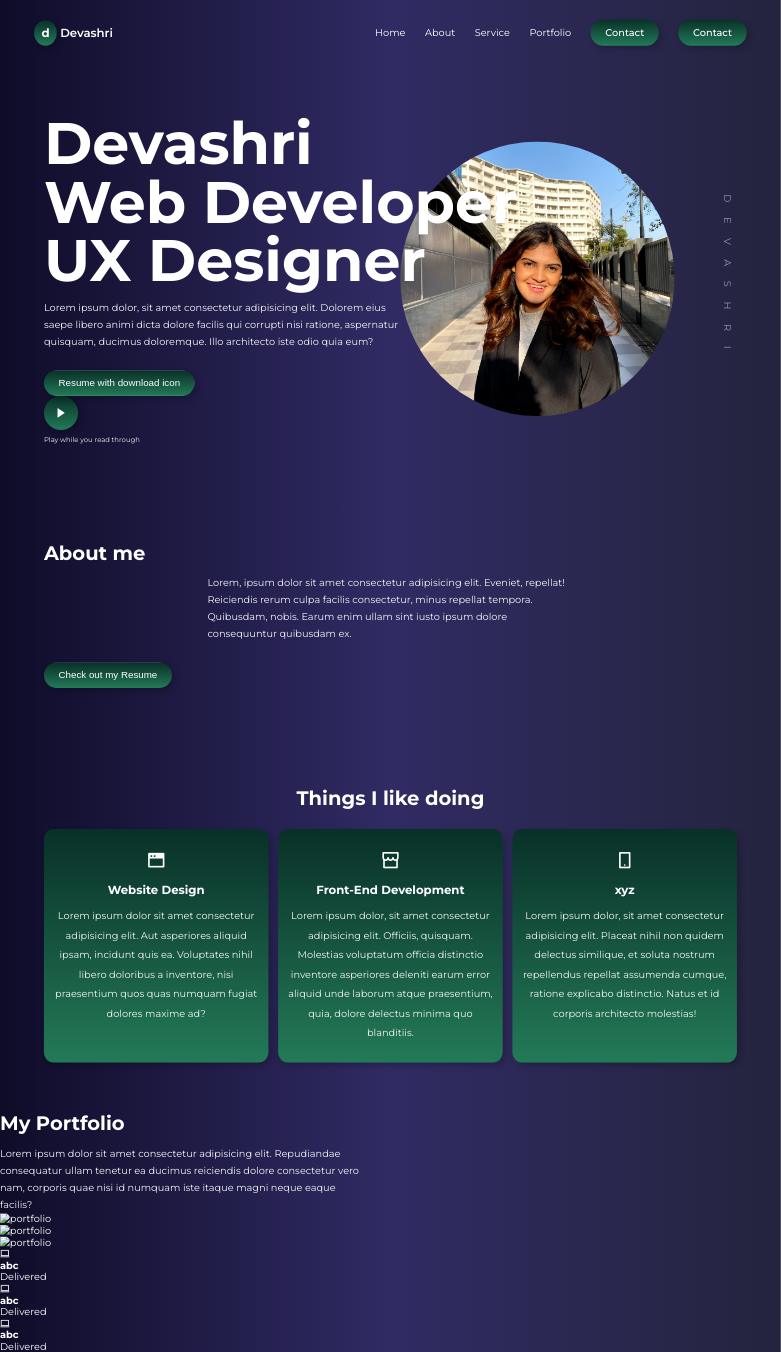
Repository: devashrisamani/devashrisamani.github.io
Page: index.html
The author's editor kept a copy of each file at every save. The page is drawn from the files as they stood at one save, then again after the next save.
The browser window is 1280 px wide. The pictures show the whole page, at 61% of full size.

Above is the page before, as saved 2025-09-24 22:10:38.

### index.html
<!DOCTYPE html>
<html lang="en">
  <head>
    <meta charset="UTF-8" />
    <meta http-equiv="X-UA-Compatible" content="IE=edge" />
    <meta name="viewport" content="width=device-width, initial-scale=1.0" />
    <title>Dev's portfolio</title>
    <link rel="preconnect" href="https://fonts.googleapis.com" />
    <link rel="preconnect" href="https://fonts.gstatic.com" crossorigin />
    <link
      href="https://fonts.googleapis.com/css2?family=Inter:ital,opsz,wght@0,14..32,100..900;1,14..32,100..900&family=Lora:ital,wght@0,400..700;1,400..700&family=Montserrat:ital,wght@0,100..900;1,100..900&family=Sacramento&display=swap"
      rel="stylesheet"
    />
    <link
      href="https://cdn.jsdelivr.net/npm/remixicon@3.5.0/fonts/remixicon.css"
      rel="stylesheet"
    />
    <link rel="stylesheet" href="/css/styles.css" />
  </head>
  <body>
    <nav>
      <div class="nav__bar">
        <a href="#"><span class="logo nav__logo">d</span> Devashri</a>
        <div class="nav__menu__btn" id="menu-btn">
          <!-- Icons from remix icon -->
          <i class="ri-menu-3-line"></i>
        </div>
      </div>
      <ul class="nav__links" id="nav-links">
        <li><a href="#home">Home</a></li>
        <li><a href="#about">About</a></li>
        <li><a href="#service">Service</a></li>
        <li><a href="#portfolio">Portfolio</a></li>
        <li><a href="#contact" class="btn">Contact</a></li>
        <a href="#contact" class="btn btn__large">Contact</a>
      </ul>
    </nav>
    <header class="section__container header__container" id="home">
      <div class="header__image">
        <img src="images/DevashriSamani.jpg" alt="profile" />
      </div>
      <div class="header__content">
        <div>
          <h1>
            Devashri <br />
            Web Developer <br />
            UX Designer
          </h1>
        </div>
        <p class="section__description">
          Lorem ipsum dolor, sit amet consectetur adipisicing elit. Dolorem eius
          saepe libero animi dicta dolore facilis qui corrupti nisi ratione,
          aspernatur quisquam, ducimus doloremque. Illo architecto iste odio
          quia eum?
        </p>
        <div class="header__btn">
          <button class="btn">Resume with download icon</button>
        </div>
        <div class="header__btn">
          <!-- Play button with icon -->
          <button class="btn play-btn" id="play-btn">
            <i class="ri-play-fill"></i>
          </button>
          <!-- Audio element (hidden controls) -->
          <audio id="bg-music" loop>
            <source src="audio/Cosy Beats.mp3" type="audio/mpeg" />
            Your browser does not support the audio element.
          </audio>
        </div>
        <p class="play-text">Play while you read through</p>
      </div>
    </header>

    <section class="section__container about__container" id="about">
      <div class="about__image"></div>
      <div class="about__content">
        <h2 class="section__header">About me</h2>
        <p class="section__description">
          Lorem, ipsum dolor sit amet consectetur adipisicing elit. Eveniet,
          repellat! Reiciendis rerum culpa facilis consectetur, minus repellat
          tempora. Quibusdam, nobis. Earum enim ullam sint iusto ipsum dolore
          consequuntur quibusdam ex.
        </p>
        <div class="about__btn">
          <button class="btn">Check out my Resume</button>
        </div>
      </div>
    </section>

    <section class="section__container service__container" id="service">
      <h2 class="section__header">Things I like doing</h2>
      <div class="service__grid">
        <div class="service__card">
          <span><i class="ri-window-fill"></i></span>
          <h4>Website Design</h4>
          <p>
            Lorem ipsum dolor sit amet consectetur adipisicing elit. Aut
            asperiores aliquid ipsam, incidunt quis ea. Voluptates nihil libero
            doloribus a inventore, nisi praesentium quos quas numquam fugiat
            dolores maxime ad?
          </p>
        </div>
        <div class="service__card">
          <span><i class="ri-store-line"></i></span>
          <h4>Front-End Development</h4>
          <p>
            Lorem ipsum dolor, sit amet consectetur adipisicing elit. Officiis,
            quisquam. Molestias voluptatum officia distinctio inventore
            asperiores deleniti earum error aliquid unde laborum atque
            praesentium, quia, dolore delectus minima quo blanditiis.
          </p>
        </div>
        <div class="service__card">
          <span><i class="ri-smartphone-line"></i></span>
          <h4>xyz</h4>
          <p>
            Lorem ipsum dolor, sit amet consectetur adipisicing elit. Placeat
            nihil non quidem delectus similique, et soluta nostrum repellendus
            repellat assumenda cumque, ratione explicabo distinctio. Natus et id
            corporis architecto molestias!
          </p>
        </div>
      </div>
    </section>

    <!-- Portfolio Container -->
    <section class="seciton__container portfolio__container" id="portfolio">
      <h2 class="section__header">My Portfolio</h2>
      <p class="section__description">
        Lorem ipsum dolor sit amet consectetur adipisicing elit. Repudiandae
        consequatur ullam tenetur ea ducimus reiciendis dolore consectetur vero
        nam, corporis quae nisi id numquam iste itaque magni neque eaque
        facilis?
      </p>
      <div class="portfolio_grid">
        <div class="portfolio__card">
          <img src="#" alt="portfolio" />
        </div>
        <div class="portfolio__card">
          <img src="#" alt="portfolio" />
        </div>
        <div class="portfolio__card">
          <img src="#" alt="portfolio" />
        </div>
      </div>
      <div class="portfolio__banner">
        <div class="portfolio__banner__card">
          <span><i class="ri-macbook-line"></i></span>
          <h4>abc</h4>
          <p>Delivered</p>
        </div>
        <div class="portfolio__banner__card">
          <span><i class="ri-macbook-line"></i></span>
          <h4>abc</h4>
          <p>Delivered</p>
        </div>
        <div class="portfolio__banner__card">
          <span><i class="ri-macbook-line"></i></span>
          <h4>abc</h4>
          <p>Delivered</p>
        </div>
      </div>
    </section>
    <!-- Contact Section -->
    <script src="js/script.js"></script>
  </body>
</html>

### css/styles.css
/* Font Variables */
:root {
  --font-sacramento: "Sacramento", cursive;
  --font-lora: "Lora", serif;
  --font-inter: "Inter", serif;
  --font-montserrat: "Montserrat", sans-serif;
}

/* Color Variables */

:root {
  --primary-color: #093028;
  --secondary-color: #237a57;
  --extra-light: #f3f4f6;
  --white: #ffffff;
  --gradient-1: linear-gradient(to right, #0f0c29, #302b63, #24243e);
  --gradient-2: linear-gradient(
    to bottom,
    var(--primary-color),
    var(--secondary-color)
  );
  --max-width: 1200px;
}

* {
  padding: 0;
  margin: 0;
  box-sizing: border-box;
}

html,
body {
  scroll-behavior: smooth;
}

body {
  font-family: "Montserrat", sans-serif;
  color: var(--white);
  background-image: var(--gradient-1);
}

.section__container {
  max-width: var(--max-width);
  margin: auto;
  padding: 5rem 2rem;
}

.section__header {
  margin-bottom: 1rem;
  font-size: 2rem;
  font-weight: 700;
  text-align: center;
}

.btn {
  padding: 0.75rem 1.5rem;
  font-size: 1rem;
  font-weight: 500;
  color: var(--white);
  background-image: var(--gradient-2);
  outline: none;
  border: none;
  border-radius: 5rem;
  cursor: pointer;
  box-shadow: 5px 5px 10px rgba(0, 0, 0, 0.2);
}

/* Navbar - Change the logo later */
.logo {
  display: inline-block;
  padding: 10px 14px;
  font-size: 1.5rem;
  font-weight: 700;
  color: var(--white);
  background-image: var(--gradient-2);
  border-radius: 100%;
  box-shadow: 5px 5px 10px rgba(0, 0, 0, 0.2);
}

nav {
  position: fixed;
  isolation: isolate;
  top: 0;
  width: 100%;
  max-width: var(--max-width);
  margin: auto;
  z-index: 9;
}

.nav__bar {
  padding: 1rem;
  display: flex;
  align-items: center;
  justify-content: space-between;
  gap: 2rem;
  background-image: var(--gradient-1);
}

.nav__logo {
  padding: 9px 12px;
  font-size: 1.2rem;
}

.nav__bar a {
  font-size: 1.2rem;
  font-weight: 600;
  color: var(--white);
}

.nav__menu__btn {
  font-size: 1.5rem;
  color: var(--white);
  cursor: pointer;
}

.nav__links {
  list-style: none;
  position: absolute;
  width: 100%;
  padding: 2rem;
  display: flex;
  flex-direction: column;
  align-items: center;
  gap: 2rem;
  background-image: var(--gradient-2);
  transform: translateY(-100%);
  transition: 0.5s;
  z-index: -1;
}

.nav__links.open {
  transform: translateY(0);
}

.nav__links a {
  color: var(--white);
  transition: 0.3s;
}

.nav__links a:hover {
  color: var(--white);
}

.btn__large {
  display: none;
}

/* Header Container */

.header__container {
  padding-top: 8rem;
  display: grid;
  gap: 2rem;
  isolation: isolate;
}

.header__content {
  text-align: center;
}

.header__content h1 {
  margin-bottom: 1rem;
  font-size: 3rem;
  text-align: center;
}
.header__content .section__description {
  margin-bottom: 2rem;
}
/* Header Image */

.header__image {
  position: relative;
  isolation: isolate;
  z-index: -1;
}

.header__image img {
  max-width: 450px;
  margin-inline: auto;
  border-radius: 25rem;
}

.header__image::after {
  position: absolute;
  content: "DEVASHRI";
  letter-spacing: 1.5rem;
  opacity: 0.5;
  right: 1rem;
  top: 50%;
  transform: translate(50%, -50%) rotate(90deg);
}

/* Play button */

.play-btn {
  display: flex;
  align-items: center;
  justify-content: center;
  padding: 0.75rem;
  border-radius: 50%;
  width: 3.5rem;
  height: 3.5rem;
  font-size: 1.5rem;
}

/* Play message */
.play-text {
  font-size: 0.7rem;
  color: var(--extra-light);
  margin-top: 0.5rem;
  text-align: center; /* mobile */
}

/* Desktop view adjustment */
@media (width > 768px) {
  .play-text {
    text-align: left;
  }
}

/* About */

img {
  width: 100%;
  display: flex;
}

.section__description {
  max-width: 600px;
  margin-inline: auto;
  color: var(--extra-light);
  text-align: center;
  line-height: 1.75rem;
}

a {
  text-decoration: none;
}

.about-container {
  display: grid;
  gap: 2rem;
}

.about__image {
  position: relative;
  isolation: isolate;
  max-width: 400px;
  margin: auto;
}

.about__img {
  border-radius: 100%;
}

.about__bg-1,
.about__bg-2 {
  position: absolute;
  max-width: 150px;
  z-index: -1;
}

.about__bg-1 {
  top: 0;
  left: 0;
}

.about__bg-2 {
  right: 0;
  bottom: 0;
}

.about__content {
  text-align: center;
}

.about__content .section__description {
  margin-bottom: 2rem;
}

/* Service Section */

.service__grid {
  margin-top: 2rem;
  display: grid;
  gap: 1rem;
}

.service__card {
  padding: 2rem 1rem;
  text-align: center;
  background-image: var(--gradient-2);
  border-radius: 1rem;
  box-shadow: 5px 5px 10px rgba(0, 0, 0, 0.2);
}

.service__card span {
  display: inline-block;
  margin-bottom: 1rem;
  font-size: 2rem;
}

.service__card h4 {
  margin-bottom: 1rem;
  font-size: 1.2rem;
  font-weight: 700;
}

.service__card p {
  color: var(--extra-light);
  line-height: 2rem;
}

/* Media Query for desktop view */

@media (width > 768px) {
  nav {
    padding: 2rem 1rem;
    position: static;
    display: flex;
    align-items: center;
    justify-content: space-between;
  }

  .nav__bar {
    padding: 0;
    background-image: none;
  }

  .nav__menu__btn {
    display: none;
  }

  .nav__links {
    padding: 0;
    width: unset;
    position: static;
    transform: none;
    flex-direction: row;
    background-image: none;
  }

  .nav__links a:hover {
    color: var(--secondary-color);
  }

  .nav__links li:last-child {
    display: none;
  }

  .btn__large {
    display: flex;
  }

  .header__container {
    padding-top: 5rem;
    grid-template-columns: repeat(4, 1fr);
    align-items: center;
  }

  .header__image {
    grid-area: 1/3/2/5;
  }

  .header__image img {
    margin-inline-start: unset;
  }

  .header__content {
    grid-area: 1/1/2/4;
    text-align: left;
  }

  .header__content h1 {
    font-size: 6rem;
    line-height: 6rem;
    text-align: left;
  }

  .header__content .section__description {
    text-align: left;
    margin-inline-start: unset;
  }

  .about__container {
    grid-template-columns: repeat(2, 1fr);
    align-items: center;
  }

  .about__content,
  .about__content :is(.section__header, .section__description) {
    text-align: left;
  }

  .service__grid {
    grid-template-columns: repeat(3, 1fr);
  }

  .portfolio__container :is(.section__header, .section__description) {
    text-align: left;
    margin-inline-start: unset;
  }

  .portfolio__grid {
    grid-template-columns: repeat(3, 1fr);
  }

  .portfolio__banner {
    grid-template-columns: repeat(3, 1fr);
  }
}

### js/script.js
// Script for the play button in the header section
const playBtn = document.getElementById("play-btn");
const audio = document.getElementById("bg-music");
let isPlaying = false;

playBtn.addEventListener("click", () => {
  if (isPlaying) {
    audio.pause();
    playBtn.innerHTML = '<i class="ri-play-fill"></i>'; // back to play icon
  } else {
    audio.play();
    playBtn.innerHTML = '<i class="ri-pause-fill"></i>'; // pause icon
  }
  isPlaying = !isPlaying;
});

After the next save:
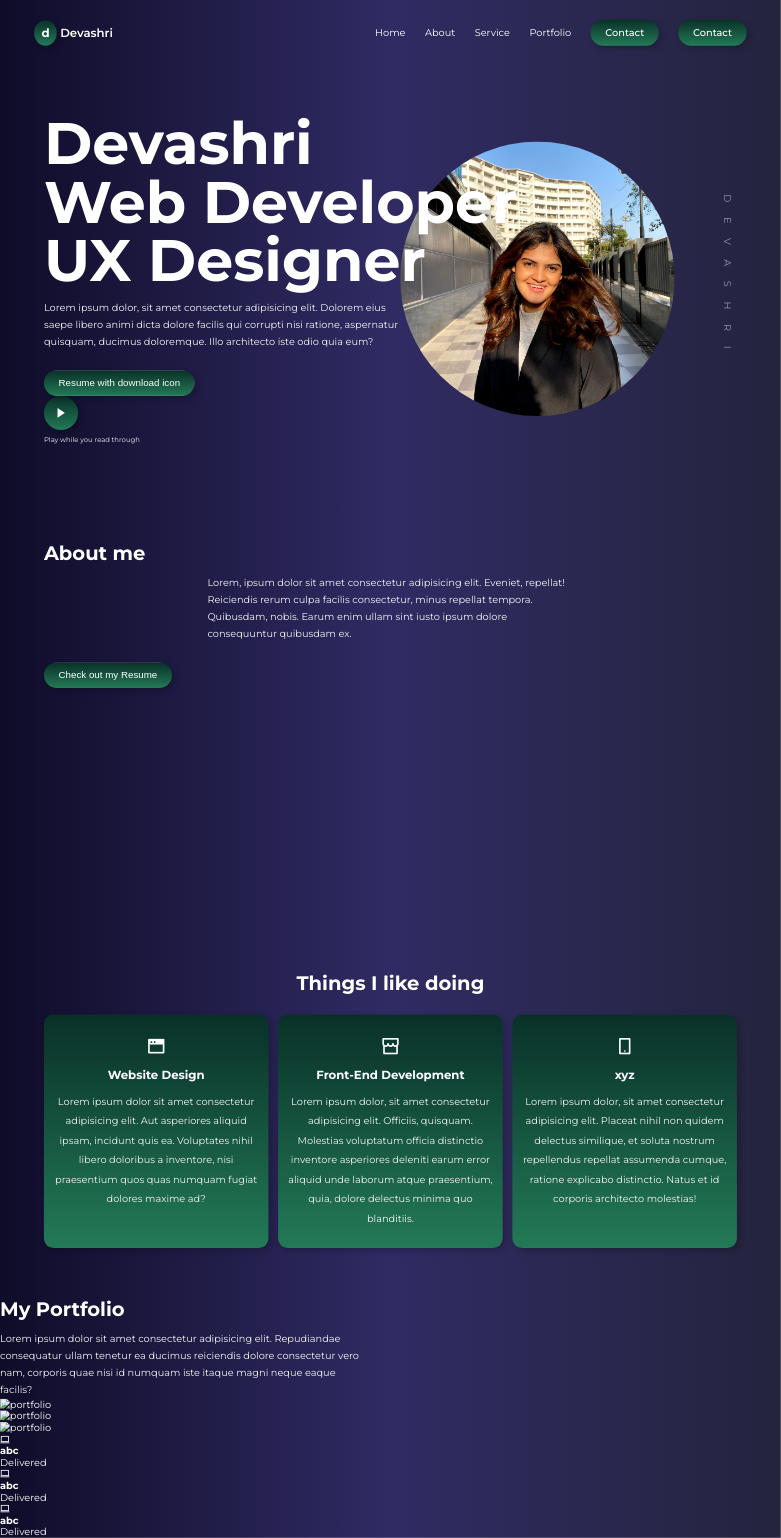
Saved 7 min 50 s later.
--- a/index.html
+++ b/index.html
@@ -85,6 +85,11 @@
           <button class="btn">Check out my Resume</button>
         </div>
       </div>
+      <!-- DotLottie Animation Canvas Embed -->
+      <canvas
+        id="dotlottie-canvas"
+        style="width: 300px; height: 300px"
+      ></canvas>
     </section>
 
     <section class="section__container service__container" id="service">

After the 5 saves that followed:
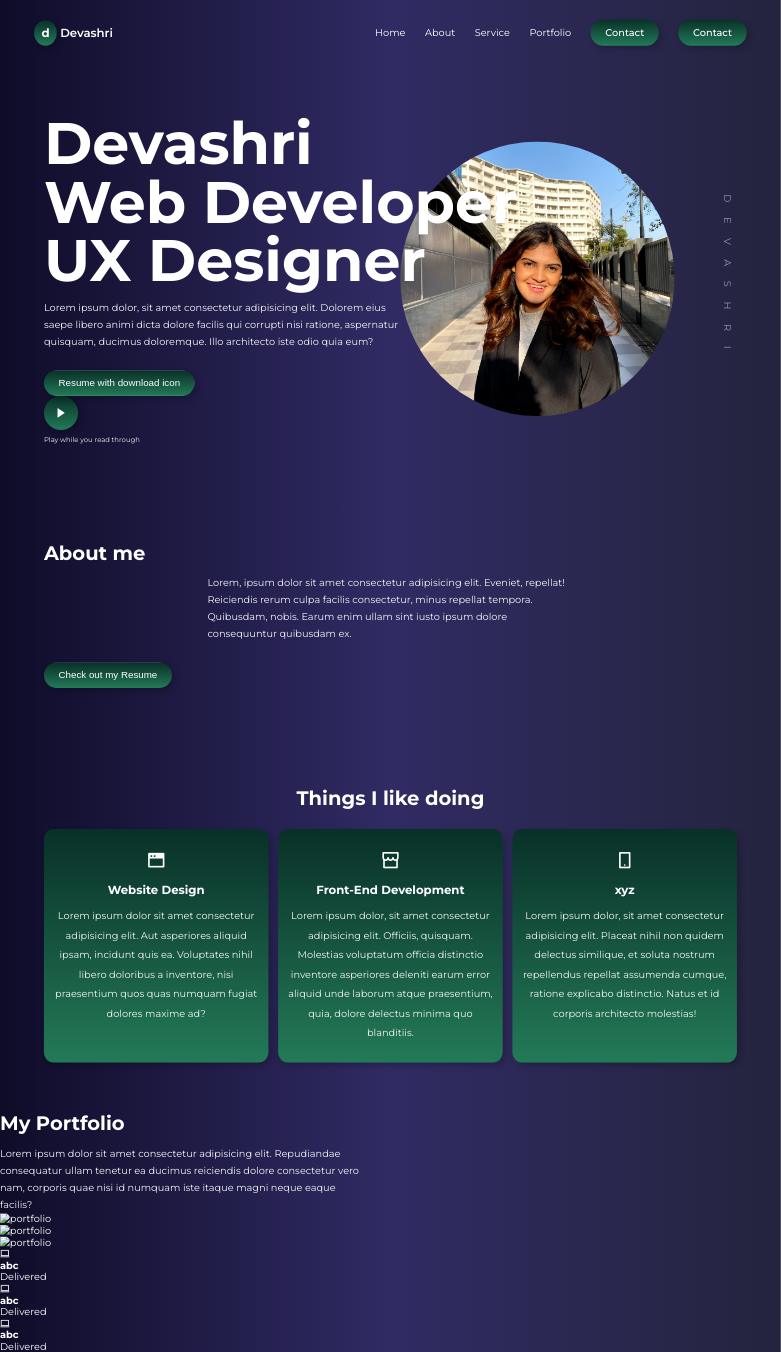
Console error: SyntaxError: Cannot use import statement outside a module
The 5 saves are shown as one change because 4 left the picture as it was.
The last was saved 3 min 2 s later.
--- a/index.html
+++ b/index.html
@@ -86,10 +86,12 @@
         </div>
       </div>
       <!-- DotLottie Animation Canvas Embed -->
-      <canvas
-        id="dotlottie-canvas"
+      <dotlottie-wc
+        src="https://lottie.host/5654fc47-ca3e-486f-ba01-83120598f8a1/T1AEfTyJsq.lottie"
         style="width: 300px; height: 300px"
-      ></canvas>
+        autoplay
+        loop
+      ></dotlottie-wc>
     </section>
 
     <section class="section__container service__container" id="service">
@@ -167,6 +169,17 @@
       </div>
     </section>
     <!-- Contact Section -->
+
     <script src="js/script.js"></script>
+    <script type="module">
+      import { DotLottie } from "<https://cdn.jsdelivr.net/npm/@lottiefiles/dotlottie-web/+esm>";
+
+      new DotLottie({
+        autoplay: true,
+        loop: true,
+        canvas: document.getElementById("canvas"),
+        src: "<https://lottie.host/YOUR_ANIMATION_ID.lottie>", // replace with your .lottie or .json file URL
+      });
+    </script>
   </body>
 </html>
--- a/js/script.js
+++ b/js/script.js
@@ -13,3 +13,12 @@ playBtn.addEventListener("click", () => {
   }
   isPlaying = !isPlaying;
 });
+
+import { DotLottie } from "@lottiefiles/dotlottie-web";
+
+const dotLottie = new DotLottie({
+  autoplay: true,
+  loop: true,
+  canvas: document.querySelector("#dotlottie-canvas"),
+  src: "<https://lottie.host/5654fc47-ca3e-486f-ba01-83120598f8a1/T1AEfTyJsq.lottie>", // replace with your .lottie or .json file URL
+});
